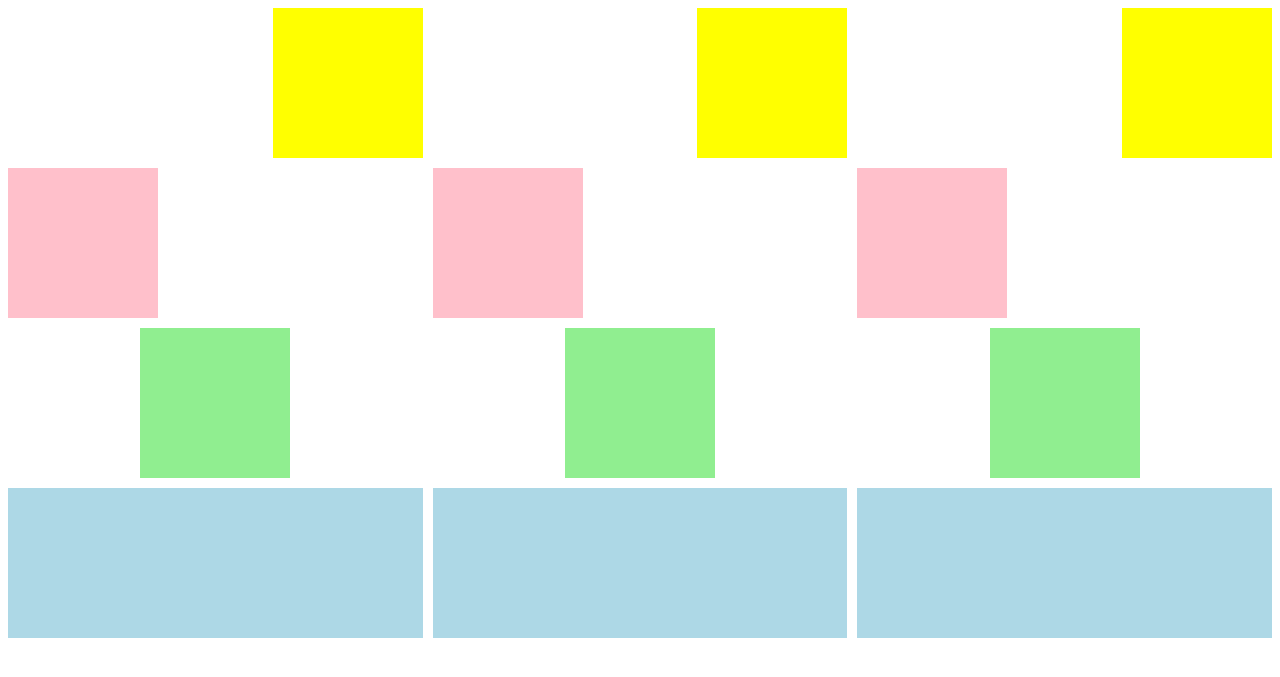
Repository: Yevhen94/nixhw
Page: fourth-lesson/index.html
An editor plug-in stored every save of this project. The page is shown before and after the next save, followed by the edit.
The browser window is 1280 px wide. The pictures show the whole page.

Above is the page before, as saved 2022-02-08 13:54:15.

After the next save:
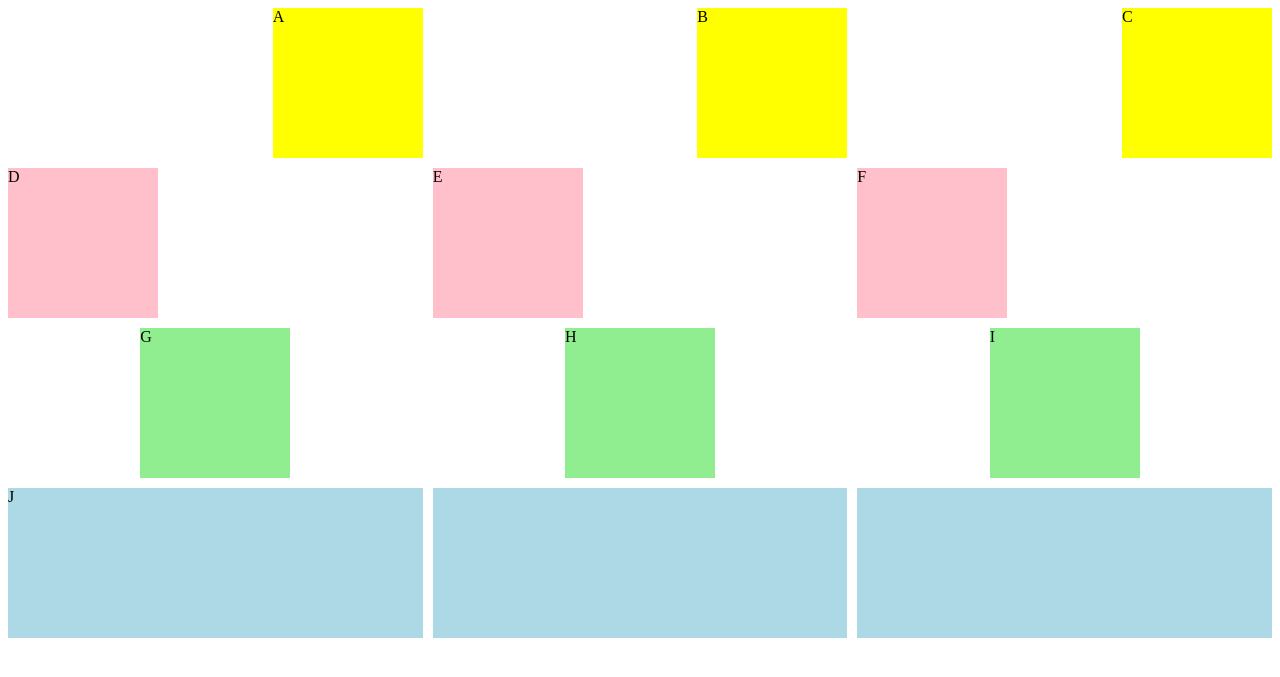
Saved 99 s later.
--- a/fourth-lesson/index.html
+++ b/fourth-lesson/index.html
@@ -9,18 +9,42 @@
   </head>
   <body>
     <div class="first-ex">
-      <div class="block block--yellow"></div>
-      <div class="block block--yellow"></div>
-      <div class="block block--yellow"></div>
-      <div class="block block--pink"></div>
-      <div class="block block--pink"></div>
-      <div class="block block--pink"></div>
-      <div class="block block--green"></div>
-      <div class="block block--green"></div>
-      <div class="block block--green"></div>
-      <div class="block block--blue"></div>
-      <div class="block block--blue"></div>
-      <div class="block block--blue"></div>
+      <div class="block block--yellow">
+        <span>A</span>
+      </div>
+      <div class="block block--yellow">
+        <span>B</span>
+      </div>
+      <div class="block block--yellow">
+        <span>C</span>
+      </div>
+      <div class="block block--pink">
+        <span>D</span>
+      </div>
+      <div class="block block--pink">
+        <span>E</span>
+      </div>
+      <div class="block block--pink">
+        <span>F</span>
+      </div>
+      <div class="block block--green">
+        <span>G</span>
+      </div>
+      <div class="block block--green">
+        <span>H</span>
+      </div>
+      <div class="block block--green">
+        <span>I</span>
+      </div>
+      <div class="block block--blue">
+        <span>J</span>
+      </div>
+      <div class="block block--blue">
+        <span></span>
+      </div>
+      <div class="block block--blue">
+        <span></span>
+      </div>
     </div>
   </body>
 </html>
